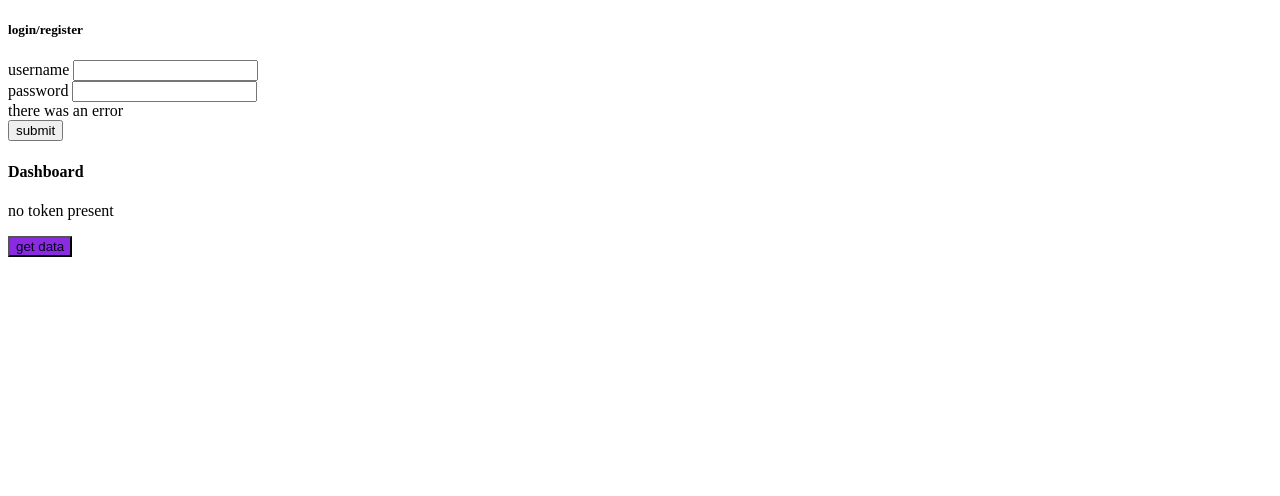
Repository: shivanand1988-28-06/townwarta
Page: http://localhost/
An editor plug-in stored every save of this project. The page is shown before and after the next save, followed by the edit.
The browser window is 1280 px wide. The pictures show the whole page.
Some web libraries are served in a nearby version. The page is served by the project's Node server (Townwarta.js). Other server files are loaded and not shown.

Above is the page before, as saved 2022-03-15 23:01:08.

### public/index.html
<!-- <!DOCTYPE html>
<html>

<head>
    <meta charset="UTF-8" />
    <meta http-equiv="X-UA-Compatible" content="IE=edge" />
    <meta name="viewport" content="width=device-width, initial-scale=1.0" />
    <title>Townwarta</title>
    <link rel="stylesheet" href="./styles.css" />
</head>
    <body>
        <main>
             <form class= "form makenews">
        <div>
              <label for= "newstitle" class= "newstitle-label">TITLE</label><br><br>
              <input type = "text" class = "newstitle-input"></input><br><br>
        </div>

        <div>
              <label for= "newsheading" class= "newsheading-label">Heading</label><br><br>
              <textarea name="heading" class="newsheading" ></textarea><br><br>
        </div>
 <div>
                <label for= "newsarticle" class= "news-label">NewsArticle</label><br><br>
                <textarea name=" newsarticle" cols="30" rows="10"></textarea><br><br>
            </div>
            <div>
                <label for="newsimages"></label><br><br>
                <input type="file" name="newsimage" multiple><br><br>
            </div>
            <div>
                <label for="tags" class="tags">SelectTags</label><br><br>
                <select class="tags" multiple>
                    <option value="sports">SPORTS</option>
                    <option value="health">HEALTH</option>
                    <option value="politics">POLITICS</option>
                    <option value="security">SECURITY</option>
                    <option value="international">INTERNATIONAL</option>
                    <option value="bollywood">BOLLYWOOD</option>
                </select><br><br>
            </div>
            <div>
                <label for="tags" class="tags">SelectStates</label><br><br>
                <select class="tags" multiple>
                    <option value="UTTARPRADESH">UTTARPRADESH</option>
                    <option value="MAHARASHTRA">MAHARASHTRA</option>
                    <option value="GUJRAT">GUJRAT</option>
                    <option value="PANJAB">PANJAB</option>
                    <option value="TAMILNADU">TAMILNADU</option>
                    <option value="JAMMU AND KASHMIR">JAMMU AND KASHMIR</option>
                </select><br><br>
            </div>

                <button type = "submit" class="form-submit">SUBMIT NEWS DATA</button>

            </form>

        </main>



<script>
 src="https://cdnjs.cloudflare.com/ajax/libs/axios/0.21.1/axios.min.js"
      integrity="sha512-bZS47S7sPOxkjU/4Bt0zrhEtWx0y0CRkhEp8IckzK+ltifIIE9EMIMTuT/mEzoIMewUINruDBIR/jJnbguonqQ=="
      crossorigin="anonymous"
      referrerpolicy="no-referrer"
</script>
<script src= "./browser-app.js"></script>
</body>
</html> -->




<!DOCTYPE html>
<html lang="en">
  <head>
    <meta charset="UTF-8" />
    <meta http-equiv="X-UA-Compatible" content="IE=edge" />
    <meta name="viewport" content="width=device-width, initial-scale=1.0" />
    <title>JWT Basics</title>
    <link rel="stylesheet" href="./styles.css" />

  </head>
  <body>
    <main>
      <form class="form contact-form">
        <h5>login/register</h5>
        <div class="form-row">
          <label for="username" class="form-label">username</label>
          <input type="text" class="form-input username-input" />
        </div>
        <div class="form-row">
          <label for="password" class="form-label">password</label>
          <input type="password" class="form-input password-input" />
        </div>
        <div class="text-small form-alert">there was an error</div>
        <button type="submit" class="btn btn-block">submit</button>
      </form>
      <div class="container">
        <h4>Dashboard</h4>
        <p class="token">no token present</p>
        <div class="result"></div>
        <button class="btn btn-block" id="data">get data</button>
      </div>
      <div id="root"></div>
    </main>
    <script
      src="https://cdnjs.cloudflare.com/ajax/libs/axios/0.21.1/axios.min.js"
      integrity="sha512-bZS47S7sPOxkjU/4Bt0zrhEtWx0y0CRkhEp8IckzK+ltifIIE9EMIMTuT/mEzoIMewUINruDBIR/jJnbguonqQ=="
      crossorigin="anonymous"
      referrerpolicy="no-referrer"
    ></script>
    <script src="./browser-app.js"></script>

  </body>
</html>

### Townwarta.js

require("dotenv").config();
const express = require("express");
const mongoose = require("mongoose");
const router = require("./routes/mainroutes");
const connectDB = require("./db/connect");
const app = express();

const port = process.env.PORT || 3000

app.use(express.json());

 app.use("/api/v1",router);
 app.use (express.urlencoded({extended:false}));
 app.use(express.static("./public"));

const start = async () =>{

try{

    await connectDB(process.env.MONGO_URI);
    app.listen(port,()=>{ console.log(`app is running over port ${port}`)});

}catch(error) {

    console.log(error);

}

}

start();

### public/styles.css
.makenews{
    text-align: center;
    padding-top: 40px;
};
.newstitle-label{
   padding-bottom: 0px;
   color:blue;
}
.newstitle-input{
    color:brown;
};
.newsheading{

    color:blue
};
.form{
    background-color: rgb(87, 182, 182);
  };
.form-row{
   padding: 50px;
   text-align: center;
};
.form-alert{
    color:blue
}

#data{
    color: rgb(3, 3, 22);
    background-color: blueviolet;
}

### public/browser-app.js

// const formDOM = document.querySelector('.form');
// const usernameInputDOM = document.querySelector('.username-input');
// const passwordInputDOM = document.querySelector('.password-input');
// const btnDOM = document.querySelector('#data');
// const resultDOM = document.querySelector('.result');

// formDOM.addEventListener('submit',async(e)=>{
//    e.preventDefault();
//     const username = usernameInputDOM.value
//     const password = passwordInputDOM.valuey

//     const newsheading = textDOM.value;

// try{

// const {data} = await axios.post('/api/v1/news/users',{username,password})

// }catch(error){
//         console.log(error);
// }


//      }
// );

// btnDOM.addEventListener('click',async(e)=>{
//         const {data} = await axios.get('/api/v1/news/users',(e)=>{console.log({data})}

//         );
//         resultDOM.innerHTML = `<h1>${data.username}</h1>`;
// }

// )






const formDOM = document.querySelector('.form');
const usernameInputDOM = document.querySelector('.username-input');
const passwordInputDOM = document.querySelector('.password-input');
const formAlertDOM = document.querySelector('.form-alert');
const resultDOM = document.querySelector('.result');
const btnDOM = document.querySelector('#data');
const tokenDOM = document.querySelector('.token');

formDOM.addEventListener('submit', async (e) => {
  formAlertDOM.classList.remove('text-success')
  tokenDOM.classList.remove('text-success')

  e.preventDefault()
  const username = usernameInputDOM.value
  const password = passwordInputDOM.value

  try {
    const { data } = await axios.post('/api/v1/users', { username, password })

    formAlertDOM.style.display = 'block'
    formAlertDOM.textContent = data.msg

    formAlertDOM.classList.add('text-success')
    usernameInputDOM.value = ''
    passwordInputDOM.value = ''

    localStorage.setItem('token', data.token)
    resultDOM.innerHTML = ''
    tokenDOM.textContent = 'token present'
    tokenDOM.classList.add('text-success')
  } catch (error) {
    formAlertDOM.style.display = 'block'
    formAlertDOM.textContent = error.response.data.msg
    localStorage.removeItem('token')
    resultDOM.innerHTML = ''
    tokenDOM.textContent = 'no token present'
    tokenDOM.classList.remove('text-success')
  }
  setTimeout(() => {
    formAlertDOM.style.display = 'none'
  }, 2000)
})

btnDOM.addEventListener('click', async () => {
  const token = localStorage.getItem('token')
  try {
    const { data } = await axios.get('/api/v1/users', {
      headers: {
        Authorization: `Bearer ${token}`,
      },
    })
    resultDOM.innerHTML = `<h5>${data.msg}</h5><p>${data.allusers[data.allusers.length-1].password}</p>`
    console.log(data.allusers.length);
    data.secret
  } catch (error) {
    localStorage.removeItem('token')
    resultDOM.innerHTML = `<p>${error.response.data.msg}</p>`
  }
})

const checkToken = () => {
  tokenDOM.classList.remove('text-success')

  const token = localStorage.getItem('token')
  if (token) {
    tokenDOM.textContent = 'token present'
    tokenDOM.classList.add('text-success')
  }
}
checkToken();

After the next save:
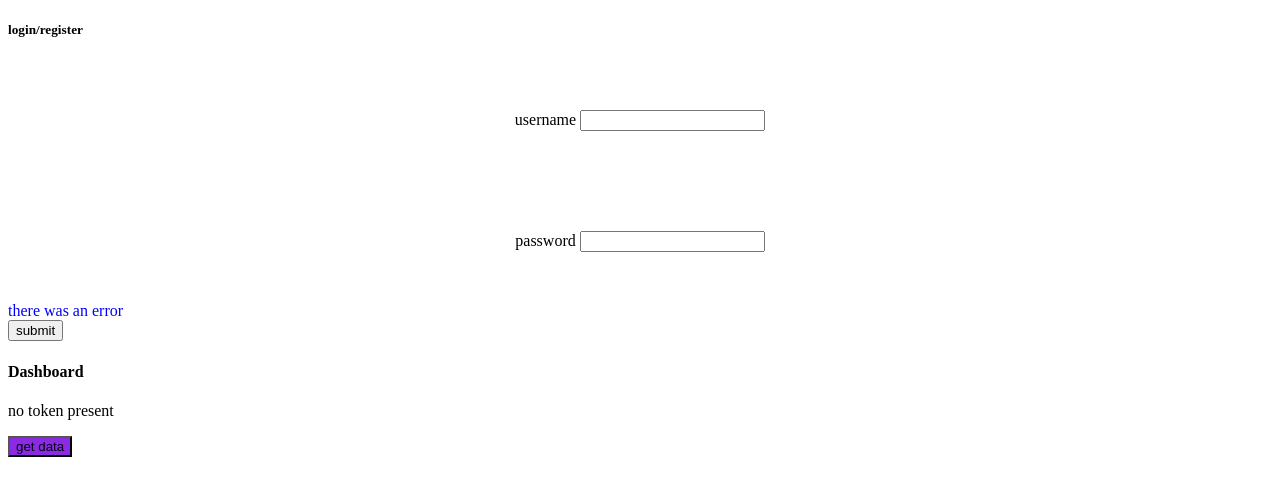
Saved 30 s later.
--- a/public/styles.css
+++ b/public/styles.css
@@ -15,11 +15,11 @@
 };
 .form{
     background-color: rgb(87, 182, 182);
-  };
+  }
 .form-row{
    padding: 50px;
    text-align: center;
-};
+}
 .form-alert{
     color:blue
 }

After the save that followed:
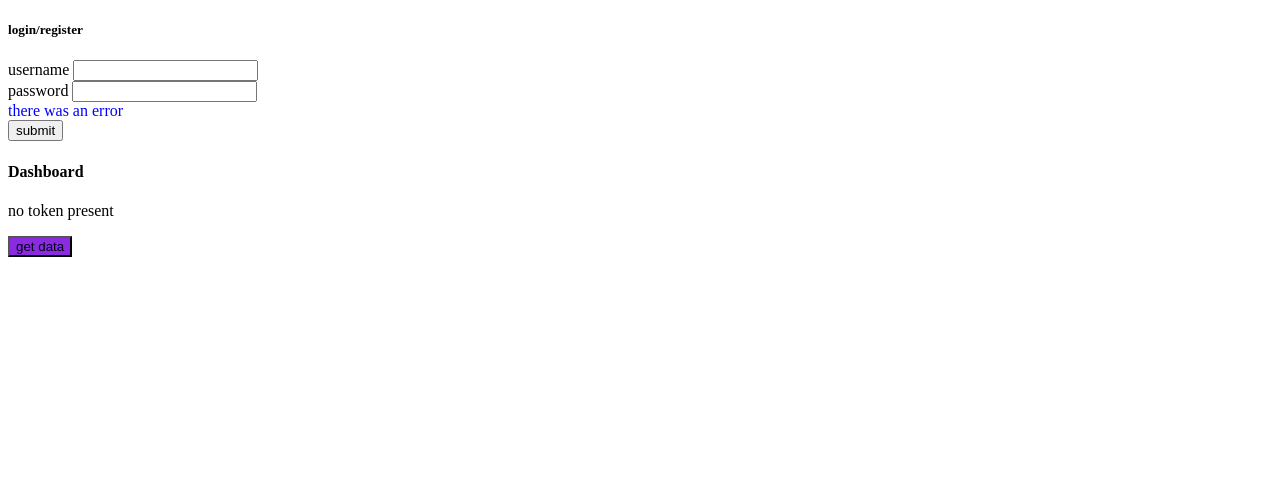
Saved 43 s later.
--- a/public/styles.css
+++ b/public/styles.css
@@ -15,10 +15,12 @@
 };
 .form{
     background-color: rgb(87, 182, 182);
+    padding: 50px;
+    text-align: center;
   }
+
 .form-row{
-   padding: 50px;
-   text-align: center;
+
 }
 .form-alert{
     color:blue
